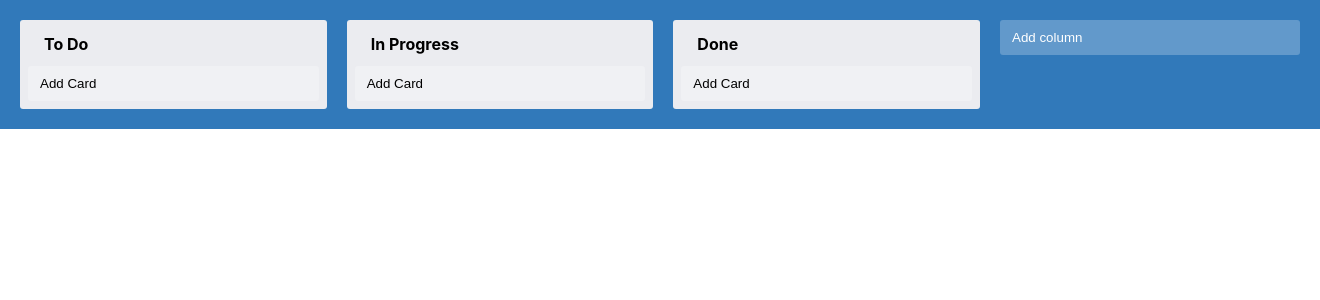
Repository: elander/grundkursen
Page: /
These files come from the project's save history. The page is drawn as it stood at one moment and after the next save; the edit follows.
The browser window is 1280 px wide. The page is 1320 px wide, so the pictures cover 1320 px, including what lies to the right of the window. The pictures show the whole page.
The project was rebuilt for these pictures with package versions that can differ from the ones it lists, and the page was loaded fresh each time. Also part of the build but not shown: src/App.css, src/utils/useFocus.ts, src/components/NewItemForm/NewItemForm.tsx.

Above is the page before, as saved 2022-04-25 15:02:04.

After the next save:
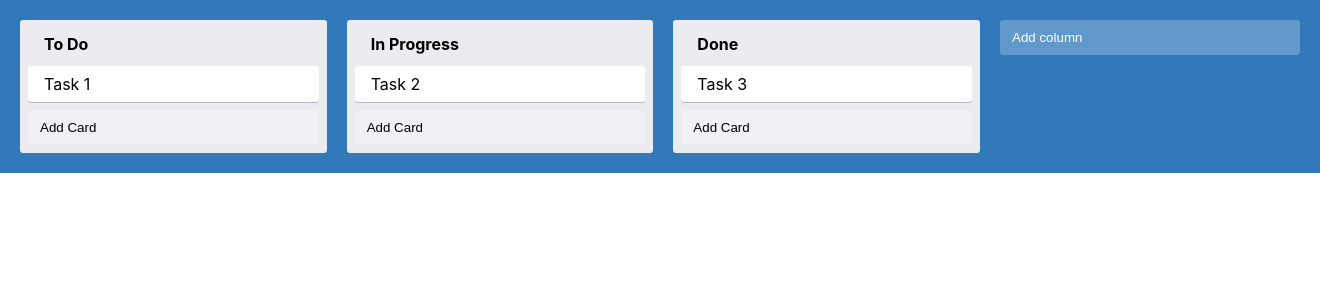
Saved 32 s later.
--- a/src/components/Column/Column.tsx
+++ b/src/components/Column/Column.tsx
@@ -17,14 +17,14 @@ export const Column = ({text, children, id}: ColumnProps) => {
     return (
         <ColumnContainer>
       <ColumnTitle>{text}</ColumnTitle>
-        {tasks.map((task)=> {
+        {tasks.map((task)=> (
             <Card
             text={task.text}
             id={task.id}
             onAdd={console.log}
             dark
             />
-        })}
+        ))}
       <AddNewItem
       toggleButtonText="Add Card"
       onAdd={console.log}
